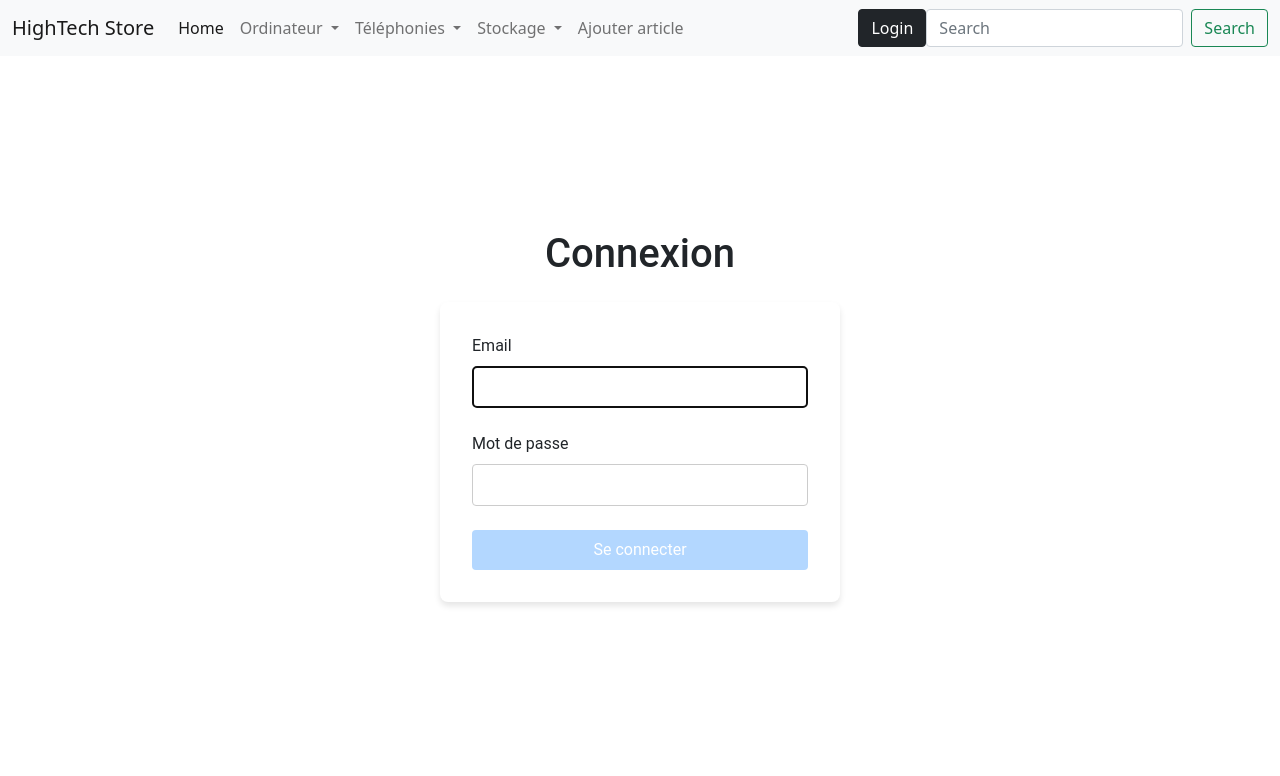
Repository: HaPhuong-krys/M1-angular
Page: /Connexion
An editor plug-in stored every save of this project. The page is shown before and after the next save, followed by the edit.
The browser window is 1280 px wide. The pictures show the whole page.
The project was rebuilt for these pictures with package versions that can differ from the ones it lists, and the page was loaded fresh each time. Also part of the build but not shown: angular.json, src/app/home/home.component.ts, src/app/pc-bureau/pc-bureau.component.ts, src/app/pc-portable/pc-portable.component.ts, src/app/ajouter-article-form/ajouter-article-form.component.ts, src/app/Model/Articles.ts, src/app/accessoire-ordi/accessoire-ordi.component.ts, src/app/smart-phone/smart-phone.component.ts and 10 more.

Above is the page before, as saved 2023-04-23 00:51:41.

### src/index.html
<!doctype html>
<html lang="en">
<head>
  <meta charset="utf-8">
  <title>HighTechStore</title>
  <base href="/">
  <meta name="viewport" content="width=device-width, initial-scale=1">
  <link rel="icon" type="image/x-icon" href="favicon.ico">
  <!-- Boostrap css -->
  <link href="https://cdn.jsdelivr.net/npm/bootstrap@5.0.2/dist/css/bootstrap.min.css"
  rel="stylesheet" integrity="sha384-EVSTQN3/azprG1Anm3QDgpJLIm9Nao0Yz1ztcQTwFspd3yD65VohhpuuCOmLASjC" crossorigin="anonymous">
</head>
<body>
  <app-root></app-root>
   <!-- Boostrap -->
  <script src="https://cdn.jsdelivr.net/npm/@popperjs/core@2.9.2/dist/umd/popper.min.js"
  integrity="sha384-IQsoLXl5PILFhosVNubq5LC7Qb9DXgDA9i+tQ8Zj3iwWAwPtgFTxbJ8NT4GN1R8p" crossorigin="anonymous"></script>
  <script src="https://cdn.jsdelivr.net/npm/bootstrap@5.0.2/dist/js/bootstrap.min.js"
  integrity="sha384-cVKIPhGWiC2Al4u+LWgxfKTRIcfu0JTxR+EQDz/bgldoEyl4H0zUF0QKbrJ0EcQF" crossorigin="anonymous"></script>
</body>
</html>

### src/app/app.module.ts
import { NgModule } from '@angular/core';
import { BrowserModule } from '@angular/platform-browser';

import { AppRoutingModule } from './app-routing.module';
import { AppComponent } from './app.component';
import { NavbarComponent } from './navbar/navbar.component';
import { HomeComponent } from './home/home.component';
import { PcPortableComponent } from './pc-portable/pc-portable.component';
import { PcBureauComponent } from './pc-bureau/pc-bureau.component';
import { ConnexionComponent } from './connexion/connexion.component';
import { PhonesModule } from './modules/phones/phones.module';
import { StockageModule } from './modules/stockage/stockage.module';
import { AjouterArticleFormComponent } from './ajouter-article-form/ajouter-article-form.component';
import {HttpClientModule} from '@angular/common/http';
import { PcPortableServiceService } from './pc-portable-service.service';
import { FormCreationArticleService } from './form-creation-article.service';
import { FooterComponent } from './footer/footer.component';
import { FormsModule } from '@angular/forms';
import { HomeService } from './home.service';
import { PcBureauServiceService } from './pc-bureau-service.service';
import { AccesOrdiServiceService } from './acces-ordi-service.service';
import { AccessoireOrdiComponent } from './accessoire-ordi/accessoire-ordi.component';
import { SmartPhoneComponent } from './smart-phone/smart-phone.component';
import { SmartPhoneServiceService } from './smart-phone-service.service';
import { TelephoneFixComponent } from './telephone-fix/telephone-fix.component';
import { TelephoneFixServiceService } from './telephone-fix-service.service';
import { AccessoireTelfixComponent } from './accessoire-telfix/accessoire-telfix.component';
import { AccesTelfixServiceService } from './acces-telfix-service.service';
import { DisqueDurComponent } from './disque-dur/disque-dur.component';
import { UsbComponent } from './usb/usb.component';
import { AccessoireStockageComponent } from './accessoire-stockage/accessoire-stockage.component';
import { DisqueDurServiceService } from './disque-dur-service.service';
import { UsersComponent } from './users/users.component';
import { DeconnexionComponent } from './deconnexion/deconnexion.component';

@NgModule({
  declarations: [
    AppComponent,
    NavbarComponent,
    HomeComponent,
    PcPortableComponent,
    PcBureauComponent,
    ConnexionComponent,
    AjouterArticleFormComponent,
    FooterComponent,
    AccessoireOrdiComponent,
    SmartPhoneComponent,
    TelephoneFixComponent,
    AccessoireTelfixComponent,
    DisqueDurComponent,
    UsbComponent,
    AccessoireStockageComponent,
    UsersComponent,
    DeconnexionComponent,


  ],
  imports: [
    BrowserModule,
    AppRoutingModule,
    PhonesModule,
    StockageModule,
    HttpClientModule,
    FormsModule
  ],
  providers: [
    PcPortableServiceService,
    FormCreationArticleService,
    HomeService,
    PcBureauServiceService,
    AccesOrdiServiceService,
    SmartPhoneServiceService,
    TelephoneFixServiceService,
    AccesTelfixServiceService,
    DisqueDurServiceService
  ],
  bootstrap: [AppComponent]
})
export class AppModule { }

### src/app/app-routing.module.ts
import { NgModule } from '@angular/core';
import { RouterModule, Routes } from '@angular/router';
import { ConnexionComponent } from './connexion/connexion.component';
import { HomeComponent } from './home/home.component';
import { PcBureauComponent } from './pc-bureau/pc-bureau.component';
import { PcPortableComponent } from './pc-portable/pc-portable.component';
import { AjouterArticleFormComponent } from './ajouter-article-form/ajouter-article-form.component';
import { AccessoireOrdiComponent } from './accessoire-ordi/accessoire-ordi.component';
import { SmartPhoneComponent } from './smart-phone/smart-phone.component';
import { TelephoneFixComponent } from './telephone-fix/telephone-fix.component';
import { AccessoireTelfixComponent } from './accessoire-telfix/accessoire-telfix.component';
import { DisqueDurComponent } from './disque-dur/disque-dur.component';
import { UsbComponent } from './usb/usb.component';
import { AccessoireStockageComponent } from './accessoire-stockage/accessoire-stockage.component';

const routes: Routes = [
  { path:'home', component:HomeComponent},
  { path: 'PcPortable', component: PcPortableComponent},
  { path: 'PcBureau', component: PcBureauComponent},
  { path: 'Connexion', component: ConnexionComponent},
  { path: 'AjouterAticleForm', component: AjouterArticleFormComponent},
  { path: 'AccessoireOrdi', component: AccessoireOrdiComponent},
  { path: 'SmartPhone', component: SmartPhoneComponent},
  { path: 'telephoneFix', component: TelephoneFixComponent},
  { path: 'AccessoireTelFix', component: AccessoireTelfixComponent},
  { path: 'DisqueDur', component: DisqueDurComponent},
  { path: 'USB', component: UsbComponent},
  { path: 'AccessoireStock', component : AccessoireStockageComponent}
];

@NgModule({
  imports: [RouterModule.forRoot(routes)],
  exports: [RouterModule]
})
export class AppRoutingModule { }

### src/app/app.component.ts
import { Component } from '@angular/core';

@Component({
  selector: 'app-root',
  templateUrl: './app.component.html',
  styleUrls: ['./app.component.css']
})
export class AppComponent {
  title = 'HighTechStore';
}

### src/app/connexion/connexion.component.ts
import { Component } from '@angular/core';
import { NgForm } from '@angular/forms';
import { Router } from '@angular/router';
import { LoginService } from '../login.service';

@Component({
  selector: 'app-connexion',
  templateUrl: './connexion.component.html',
  styleUrls: ['./connexion.component.css']
})
export class ConnexionComponent {
  user = {
    username: '',
    password: ''
  };

  constructor(private authService: LoginService, private router: Router) { }

  onSubmit(loginForm: NgForm) {
    if (loginForm.valid) {
      this.authService.loginUser(this.user.username, this.user.password).subscribe(
        (user) => {
          if (user) {
            console.log('Utilisateur connecté avec succès');
            this.router.navigate(['/home']);
          } else {
            console.log('Échec de la connexion');
          }
        },
        (error) => {
          console.log('Erreur lors de la connexion', error);
        }
      );
      this.authService.login();
    }
  }
}

### src/app/modules/phones/phones.module.ts
import { NgModule } from '@angular/core';
import { CommonModule } from '@angular/common';

import { PhonesRoutingModule } from './phones-routing.module';


@NgModule({
  declarations: [],
  imports: [
    CommonModule,
    PhonesRoutingModule
  ]
})
export class PhonesModule { }

### src/app/modules/stockage/stockage.module.ts
import { NgModule } from '@angular/core';
import { CommonModule } from '@angular/common';

import { StockageRoutingModule } from './stockage-routing.module';


@NgModule({
  declarations: [],
  imports: [
    CommonModule,
    StockageRoutingModule
  ]
})
export class StockageModule { }

### src/app/pc-portable-service.service.ts
import { Injectable } from '@angular/core';
import  { HttpClient, HttpClientModule } from  '@angular/common/http';
import { Observable } from 'rxjs';
import { Articles } from './Model/Articles';


@Injectable({
  providedIn: 'root'
})
export class PcPortableServiceService {
  url_portable = 'http://localhost:8080/Projet-REST-V1/articles/list/PC_Portable';

  constructor(private http:HttpClient) { }

  getArticlePcPortable():Observable<Array<Articles>>{
    return this.http.get<Array<Articles>>(this.url_portable);
  }
}

### src/app/form-creation-article.service.ts
import { Injectable } from '@angular/core';
import  { HttpClient, HttpClientModule, HttpHeaders } from  '@angular/common/http';
import { Observable } from 'rxjs';
import { Categories } from './Model/Categories';
import { Articles } from './Model/Articles';


@Injectable({
  providedIn: 'root'
})
export class FormCreationArticleService {

  url = 'http://localhost:8080/Projet-REST-V1/categories/list';

  addUrl = 'http://localhost:8080/Projet-REST-V1/articles';

  articleData: any = {};

  constructor(private http:HttpClient) { }

  getAllCategories():Observable<Array<Categories>>{
    return this.http.get<Array<Categories>>(this.url);
  }

  httpOptions = {
    headers: new HttpHeaders({ 'Content-Type': 'application/json' })
  };

  addArticle(article: Articles): Observable<Articles> {
    const url = `${this.addUrl}/add`;
    return this.http.post<Articles>(url, article, this.httpOptions);
    //return this.http.post<Articles[]>(`${this.addUrl}/add`, article);
  }

}

### src/app/home.service.ts
import { Injectable } from '@angular/core';
import  { HttpClient, HttpClientModule, HttpHeaders } from  '@angular/common/http';
import { Observable } from 'rxjs';
import { Categories } from './Model/Categories';
import { Articles } from './Model/Articles';

@Injectable({
  providedIn: 'root'
})
export class HomeService {
  url = 'http://localhost:8080/Projet-REST-V1/articles/list';
  articleData: any = {};

  constructor(private http:HttpClient) { }

  getAllArticle():Observable<Array<Articles>>{
    return this.http.get<Array<Articles>>(this.url);
  }
}

### src/app/pc-bureau-service.service.ts
import { HttpClient } from '@angular/common/http';
import { Injectable } from '@angular/core';
import { Observable } from 'rxjs';
import { Articles } from './Model/Articles';

@Injectable({
  providedIn: 'root'
})
export class PcBureauServiceService {

  url_bureau = 'http://localhost:8080/Projet-REST-V1/articles/list/PC_Bureau';

  constructor(private http:HttpClient) { }

  getArticlePcBureau():Observable<Array<Articles>>{
    return this.http.get<Array<Articles>>(this.url_bureau);
  }
}

### src/app/acces-ordi-service.service.ts
import { HttpClient } from '@angular/common/http';
import { Injectable } from '@angular/core';
import { Observable } from 'rxjs';
import { Articles } from './Model/Articles';

@Injectable({
  providedIn: 'root'
})
export class AccesOrdiServiceService {

  access_ordi = 'http://localhost:8080/Projet-REST-V1/articles/list/accessoire_ordi';
  constructor(private http:HttpClient) { }

  getArticleAccesoireOrdi(): Observable<Array<Articles>>{
    return this.http.get<Array<Articles>>(this.access_ordi);
  }
}

### src/app/smart-phone-service.service.ts
import { HttpClient } from '@angular/common/http';
import { Injectable } from '@angular/core';
import { Observable } from 'rxjs';
import { Articles } from './Model/Articles';

@Injectable({
  providedIn: 'root'
})
export class SmartPhoneServiceService {

  url_smartphone = 'http://localhost:8080/Projet-REST-V1/articles/list/smartphone';


  constructor(private http: HttpClient) { }

  getArticleSmartphone():Observable<Array<Articles>>{
    return this.http.get<Array<Articles>>(this.url_smartphone);
  }
}

### src/app/telephone-fix-service.service.ts
import { HttpClient } from '@angular/common/http';
import { Injectable } from '@angular/core';
import { Articles } from './Model/Articles';

@Injectable({
  providedIn: 'root'
})
export class TelephoneFixServiceService {
  url_telFix = 'http://localhost:8080/Projet-REST-V1/articles/list/telephoneFix';

  constructor(private http: HttpClient) { }

  getArticleTelephoneFix(){
    return this.http.get<Array<Articles>>(this.url_telFix);
  }
}

### src/app/acces-telfix-service.service.ts
import { HttpClient } from '@angular/common/http';
import { Injectable } from '@angular/core';
import { Articles } from './Model/Articles';

@Injectable({
  providedIn: 'root'
})
export class AccesTelfixServiceService {

  url_accesstel= 'http://localhost:8080/Projet-REST-V1/articles/list/accessoire_tel';

  constructor(private http:HttpClient) { }

  getArticleAccessoireTelFix(){
    return this.http.get<Array<Articles>>(this.url_accesstel);
  }

}

### src/app/disque-dur-service.service.ts
import { HttpClient } from '@angular/common/http';
import { Injectable } from '@angular/core';
import { Articles } from './Model/Articles';

@Injectable({
  providedIn: 'root'
})
export class DisqueDurServiceService {

  url_disque = 'http://localhost:8080/Projet-REST-V1/articles/list/Disque_dur';

  constructor(private http:HttpClient) { }

  getArticleDisqurDur(){
    return this.http.get<Array<Articles>>(this.url_disque);
  }

}

### src/app/navbar/navbar.component.html

<nav class="navbar navbar-expand-lg navbar-light bg-light">
    <div class="container-fluid">
      <a class="navbar-brand" href="#">HighTech Store</a>
      <button class="navbar-toggler" type="button" data-bs-toggle="collapse" data-bs-target="#navbarSupportedContent" aria-controls="navbarSupportedContent" aria-expanded="false" aria-label="Toggle navigation">
        <span class="navbar-toggler-icon"></span>
      </button>
      <div class="collapse navbar-collapse" id="navbarSupportedContent">
        <ul class="navbar-nav me-auto mb-2 mb-lg-0">
          <li class="nav-item">
            <a class="nav-link active" aria-current="page" href="/home">Home</a>
          </li>
          <li class="nav-item dropdown">
            <a class="nav-link dropdown-toggle" href="#" id="navbarDropdown" role="button" data-bs-toggle="dropdown" aria-expanded="false">
              Ordinateur
            </a>
            <ul class="dropdown-menu" aria-labelledby="navbarDropdown">
              <li><a class="dropdown-item" routerLink="/PcPortable">Pc Portable</a></li>
              <li><a class="dropdown-item" routerLink="/PcBureau">Pc Bureau</a></li>
              <li><hr class="dropdown-divider"></li>
              <li><a class="dropdown-item" href="/AccessoireOrdi">Accessoire</a></li>
            </ul>
          </li>
          <li class="nav-item dropdown">
            <a class="nav-link dropdown-toggle" href="#" id="navbarDropdown" role="button" data-bs-toggle="dropdown" aria-expanded="false">
              Téléphonies
            </a>
            <ul class="dropdown-menu" aria-labelledby="navbarDropdown">
              <li><a class="dropdown-item" routerLink="/SmartPhone">Smart Phone</a></li>
              <li><a class="dropdown-item" routerLink="/telephoneFix">Téléphone Fixe</a></li>
              <li><hr class="dropdown-divider"></li>
              <li><a class="dropdown-item" href="/AccessoireTelFix">Accessoire</a></li>
            </ul>
          </li>

          <li class="nav-item dropdown">
            <a class="nav-link dropdown-toggle" href="#" id="navbarDropdown" role="button" data-bs-toggle="dropdown" aria-expanded="false">
              Stockage
            </a>
            <ul class="dropdown-menu" aria-labelledby="navbarDropdown">
              <li><a class="dropdown-item" routerLink="/DisqueDur">Disque Dur</a></li>
              <li><a class="dropdown-item" routerLink="/USB">Clé USB</a></li>
              <li><hr class="dropdown-divider"></li>
              <li><a class="dropdown-item" href="/AccessoireStock">Accessoire</a></li>
            </ul>
          </li>

          <li class="nav-item">
            <a class="nav-link" href="/AjouterAticleForm">Ajouter article</a>
          </li>


        </ul>
        <div class="ml-auto ml-2">
            <a href="/Connexion" class="btn btn-dark" role="button">Login</a>
        </div>
        <form class="d-flex">
          <input class="form-control me-2" type="search" placeholder="Search" aria-label="Search">
          <button class="btn btn-outline-success" type="submit">Search</button>
        </form>

      </div>
    </div>
  </nav>

### src/app/connexion/connexion.component.html
<!-- login.component.html -->
<div class="login-container">
    <h1>Connexion</h1>
    <div class="form-container">
    <form (submit)="onSubmit(loginForm)" #loginForm="ngForm">
      <div class="form-group">
        <label for="email">Email</label>
        <input type="text" id="username" name="username" [(ngModel)]="user.username" required autofocus>
      </div>

      <div class="form-group">
        <label for="password">Mot de passe</label>
        <input type="password" id="password" name="password" [(ngModel)]="user.password" required>
      </div>

      <button type="submit" [disabled]="!loginForm.valid">Se connecter</button>
    </form>
  </div>

### src/app/connexion/connexion.component.css
/* connexion.component.css */
/* connexion.component.css */
.login-container {
    display: flex;
    flex-direction: column;
    justify-content: center;
    align-items: center;
    min-height: 100vh;
    font-family: 'Roboto', sans-serif;
  }

  h1 {
    text-align: center;
    margin-bottom: 1.5rem;
  }

  .form-container {
    background-color: #ffffff;
    padding: 2rem;
    border-radius: 8px;
    box-shadow: 0 4px 6px rgba(0, 0, 0, 0.1);
    width: 100%;
    max-width: 400px;
  }

.form-group {
  display: flex;
  flex-direction: column;
  margin-bottom: 1.5rem;
}

label {
  margin-bottom: 0.5rem;
}

input {
  padding: 0.5rem;
  font-size: 1rem;
  border: 1px solid #cccccc;
  border-radius: 4px;
}

button {
  cursor: pointer;
  background-color: #007bff;
  color: #ffffff;
  padding: 0.5rem;
  font-size: 1rem;
  border: none;
  border-radius: 4px;
  width: 100%;
}

button:hover {
  background-color: #0069d9;
}

button:disabled {
  background-color: #b3d7ff;
  cursor: not-allowed;
}

### src/app/login.service.ts
import { HttpClient } from '@angular/common/http';
import { Injectable } from '@angular/core';
import { Observable } from 'rxjs';

export interface user {
  id: number;
  name: string;
}

@Injectable({
  providedIn: 'root'
})

export class LoginService {

  private apiUrl = 'http://localhost:8080/Projet-REST-V1/users';

  loginUser(email: string, password: string): Observable<user> {
    const body = { email: email, password: password };
    return this.http.post<user>(`${this.apiUrl}/login`, body);
  }


  isLoggedIn = false;

  login() {
    this.isLoggedIn = true;
  }

  logout() {
    this.isLoggedIn = false;
  }

  constructor(private http: HttpClient) { }

}

### src/app/modules/phones/phones-routing.module.ts
import { NgModule } from '@angular/core';
import { RouterModule, Routes } from '@angular/router';

const routes: Routes = [];

@NgModule({
  imports: [RouterModule.forChild(routes)],
  exports: [RouterModule]
})
export class PhonesRoutingModule { }

### src/app/modules/stockage/stockage-routing.module.ts
import { NgModule } from '@angular/core';
import { RouterModule, Routes } from '@angular/router';

const routes: Routes = [];

@NgModule({
  imports: [RouterModule.forChild(routes)],
  exports: [RouterModule]
})
export class StockageRoutingModule { }

Loaded but not shown: src/styles.css (common file); src/main.ts (common file); src/app/navbar/navbar.component.ts (common file); src/app/app.component.html (common file); src/app/app.component.css (no stored copy; drawn as an empty file); src/app/navbar/navbar.component.css (no stored copy; drawn as an empty file)

After the next save:
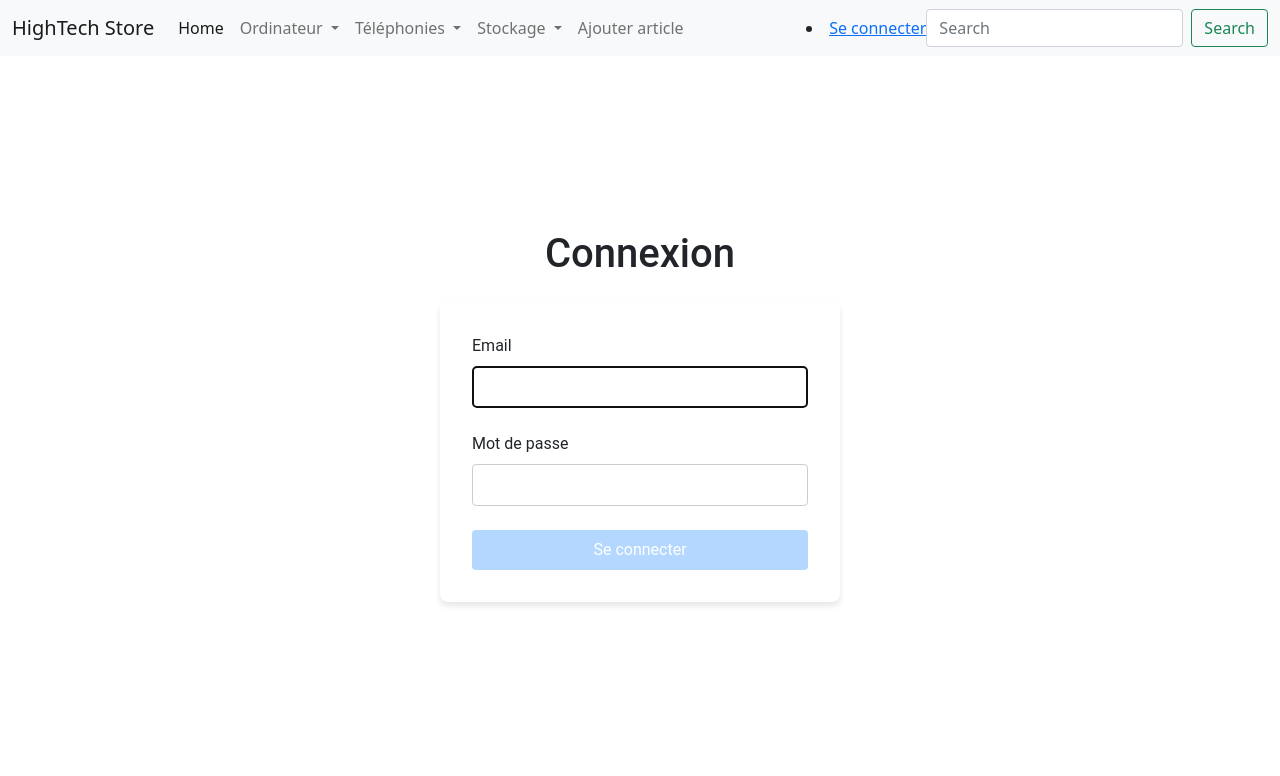
Saved 92 s later.
--- a/src/app/navbar/navbar.component.html
+++ b/src/app/navbar/navbar.component.html
@@ -52,8 +52,8 @@
 
         </ul>
         <div class="ml-auto ml-2">
-            <a href="/Connexion" class="btn btn-dark" role="button">Login</a>
-        </div>
+          <li *ngIf="!isLoggedIn"><a routerLink="/login">Se connecter</a></li>
+          <li *ngIf="isLoggedIn"><button (click)="onLogout()">Se déconnecter</button></li>        </div>
         <form class="d-flex">
           <input class="form-control me-2" type="search" placeholder="Search" aria-label="Search">
           <button class="btn btn-outline-success" type="submit">Search</button>
